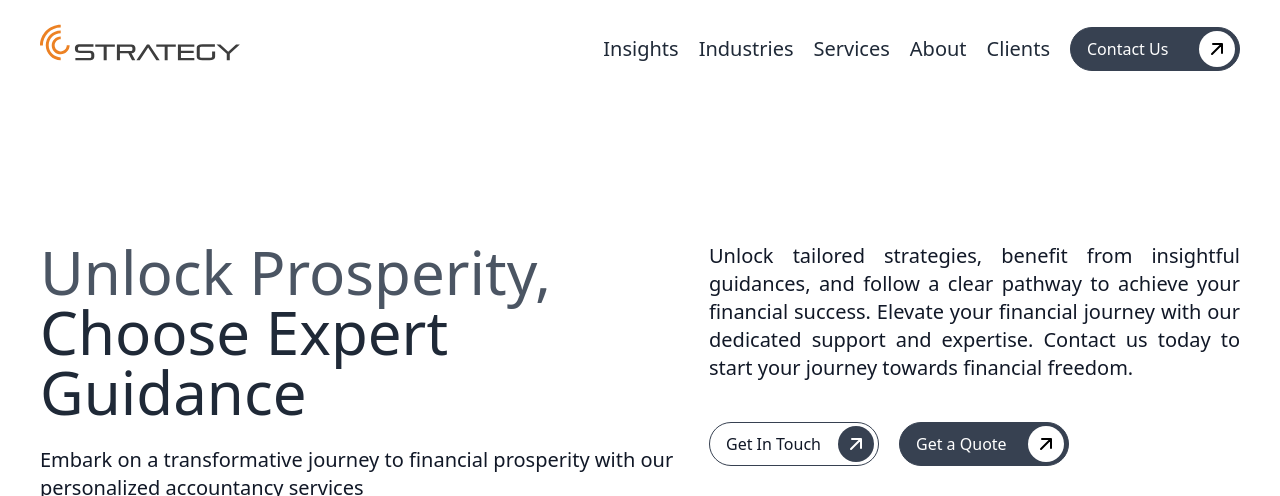
Repository: vespersolutionspk18/integrast-website
Page: /
The author's editor kept a copy of each file at every save. The page is drawn from the files as they stood at one save, then again after the next save.
The browser window is 1280 px wide. The pictures show the part of the page from y = 0 to 496 px (the page is 4818 px tall).
Pictures or frames that could not be fetched are drawn as grey boxes. The project was rebuilt for these pictures with package versions that can differ from the ones it lists, and the page was loaded fresh each time. The framework's server and built-in components were replaced by stand-ins that run in the browser. Also part of the build but not shown: next.config.ts.

Above is the page before, as saved 2024-12-12 15:49:00.

### app/layout.tsx
import type { Metadata } from "next";
import localFont from "next/font/local";
import "./globals.css";

const geistSans = localFont({
  src: "./fonts/GeistVF.woff",
  variable: "--font-geist-sans",
  weight: "100 900",
});
const geistMono = localFont({
  src: "./fonts/GeistMonoVF.woff",
  variable: "--font-geist-mono",
  weight: "100 900",
});

export const metadata: Metadata = {
  title: "Integra Strategy",
  description: "-",
};

export default function RootLayout({
  children,
}: Readonly<{
  children: React.ReactNode;
}>) {
  return (
    <html lang="en">
      <body
        className={`${geistSans.variable} ${geistMono.variable} antialiased`}
      >
        {children}
      </body>
    </html>
  );
}

### app/page.tsx
import Image from "next/image";
import Header from "./Header";
import Hero from "./Hero";
import Services from "./Services";
import Postsart from "./Postsart";
import Faqsection from "./Faqsection";
import GetinTouchSection from "./GetinTouchSection";
import Footer from "./Footer";

export default function Home() {
  return (
    <div>
      <Header />
      <Hero />
      <Services />
      <Postsart />
      <Faqsection />
      <GetinTouchSection />
      <Footer />
    </div>
  );
}

### app/Header.tsx
import React from 'react'
import IntegraLogo from "@/public/assets/integra-logo.svg";
import ButtonArrow from "@/public/assets/buttonarrow.svg";

const Header = () => {
  return (
    <div className="pl-10 pr-10 pt-1 pb-3 flex flex-row justify-between font-sans font-light text-gray-800">
      <IntegraLogo className="h-[90px] w-[200px]" />
      <div className="text-xl flex flex-row gap-5 items-center">
        <div className="hover:text-black hover:font-normal hover:cursor-pointer">Insights</div>
        <div className="hover:text-black hover:font-normal hover:cursor-pointer">Industries</div>
        <div className="hover:text-black hover:font-normal hover:cursor-pointer">Services</div>
        <div className="hover:text-black hover:font-normal hover:cursor-pointer">About</div>
        <div className="hover:text-black hover:font-normal hover:cursor-pointer">Clients</div>
        <div id="button"
  className="group  bg-gray-700 h-[44px] flex-row border-[1px] border-gray-700 text-white text-[16px] py-1 px-1 font-light rounded-full hidden md:flex items-center justify-between w-[170px] transition-width duration-500 ease-in-out  hover:w-[195px] hover:bg-white hover:border-gray-700 hover:text-gray-700 hover:cursor-pointer "

>
  <div className="mx-3 font-sans font-regular">Contact Us</div>
  <div className="bg-white rounded-full h-[36px] w-[36px] flex items-center justify-center transition-transform duration-500 ease-in-out group-hover:rotate-45 group-hover:border-[1px] group-hover:border-gray-700">
    <ButtonArrow className="h-[24px] w-[24px]" />
  </div>
            </div>
      </div>
    </div>

  )
}

export default Header

### app/Hero.tsx
import React from 'react'
import ButtonArrowwhite from "@/public/assets/buttonarrowwhite.svg";
import ButtonArrow from "@/public/assets/buttonarrow.svg";
const Hero = () => {
  return (
    <div className="flex flex-col p-10 ">
        <div className="flex flex-row mt-24 h-[190px] gap-5 ">
            <div className="w-[55%] flex flex-col">
                <h1 className="font-light font-sans text-6xl text-gray-600">Unlock Prosperity, <span className="text-gray-800">Choose Expert Guidance</span></h1>
                <h4 className="text-xl font-sans font-light text-gray-900 mt-6">Embark on a transformative journey to financial prosperity with our personalized accountancy services</h4>
            </div>
            <div className="w-[45%] flex flex-col justify-between ">
                <h4 className="text-xl text-justify font-light font-sans text-gray-900">Unlock tailored strategies, benefit from insightful guidances, and follow a clear pathway to achieve your financial success. Elevate your financial journey with our dedicated support and expertise. Contact us today to start your journey towards financial freedom.</h4>
                <div className="flex flex-row gap-5 pt-10">
                <div>
                <div id="button"
  className="group  bg-white h-[44px] flex-row border-[1px] border-gray-700 text-gray-900 text-[16px] py-1 px-1 font-light rounded-full hidden md:flex items-center justify-between w-[170px] transition-width duration-500 ease-in-out  hover:w-[195px] hover:bg-gray-700 hover:border-gray-700 hover:text-white hover:cursor-pointer "

>
  <div className="mx-3 font-sans font-regular">Get In Touch</div>
  <div className="bg-gray-700 rounded-full h-[36px] w-[36px] flex items-center justify-center transition-transform duration-500 ease-in-out group-hover:rotate-45">
    <ButtonArrowwhite className="h-[24px] w-[24px]" />
  </div>
            </div>
                </div>
                <div>
                <div id="button"
  className="group  bg-gray-700 h-[44px] flex-row border-[1px] border-gray-700 text-white text-[16px] py-1 px-1 font-light rounded-full hidden md:flex items-center justify-between w-[170px] transition-width duration-500 ease-in-out  hover:w-[195px] hover:bg-white hover:border-gray-700 hover:text-gray-700 hover:cursor-pointer "

>
  <div className="mx-3 font-sans font-regular">Get a Quote</div>
  <div className="bg-white rounded-full h-[36px] w-[36px] flex items-center justify-center transition-transform duration-500 ease-in-out group-hover:rotate-45 group-hover:border-[1px] group-hover:border-gray-700">
    <ButtonArrow className="h-[24px] w-[24px]" />
  </div>
            </div>
                </div>

                </div>
            </div>
        </div>


        <div className="flex flex-row h-[380px] gap-4 mt-16">
            <div className="w-[70%] transition-all duration-500 ease-in-out hover:w-[90%] rounded-2xl bg-cover bg-center" style={{backgroundImage: `url('/assets/heroimage3.jpg')`}}></div>
            <div className="w-[30%] transition-all duration-500 ease-in-out hover:w-[40%] flex flex-col justify-between ">
                <div className="w-full h-full rounded-2xl bg-cover bg-center" style={{backgroundImage: `url('/assets/heroimage4.jpg')`}}></div>
                <h5 className="font-sans text-gray-900 text-justify text-xl mt-3  font-light">Tailored solutions, expert guidance, and strategic planning to secure your wealth and achieve your financial goals seamlessly</h5>
            </div>
        </div>
    </div>
  )
}

export default Hero

### app/Services.tsx
import React from 'react'
import ButtonArrowwhite from "@/public/assets/buttonarrowwhite.svg";
import ButtonArrow from "@/public/assets/buttonarrow.svg";
const Services = () => {
  return (
    <div className="flex flex-col p-10 mt-16 items-center ">
        <div className="flex flex-row items-start justify-start ">
            <div className="w-1/2 font-sans font-light text-5xl text-gray-700">We collaborate across diverse industry landscapes</div>
            <div className="w-1/2 font-sans text-gray-900 text-justify text-xl  font-light">Our commitment to fostering dynamic collaboration allows to navigate the unique challenges and intricacies of various sectors. Our versatile approach ensures tailored solutions that resonate with the distinct needs of each industry.</div>
        </div>
        <div className="flex flex-row gap-5 mt-16">
            <div className="rounded-2xl w-1/3 h-[540px] bg-cover bg-center flex items-end  " style={{backgroundImage: `url('/assets/audit.jpg')`}}>
            <div className="group">
  <div className="bg-white m-4  rounded-[12px] flex flex-col relative transition-all duration-500 ease-in-out hover:pb-[120px] min-h-[180px]">
    <h5 className="ml-5 mt-5 mr-5 mb-5 font-sans text-3xl text-gray-700 font-light">
      Accounting & Finance
    </h5>
    <p className="ml-5 mr-5 mb-5 text-justify font-sans font-light text-xl text-gray-600">
      We are committed to serving the public interest by providing objective assurance over data on which investors rely.
    </p>
    {/* Hidden div */}
    <div className="absolute bottom-5 left-5 text-xl font-sans font-light  text-gray-600 px-4 py-2 rounded-md opacity-0 invisible transition-all duration-500 group-hover:opacity-100 group-hover:visible hover:text-black hover:cursor-pointer  hover:underline">
      Learn More
    </div>
  </div>
</div>

</div>
            <div className="rounded-2xl w-1/3 h-[540px] bg-cover bg-center flex items-end" style={{backgroundImage: `url('/assets/tax.jpg')`}}>
            <div className="group">
  <div className="bg-white m-4  rounded-[12px] flex flex-col relative transition-all duration-500 ease-in-out hover:pb-[120px] min-h-[180px]">
    <h5 className="ml-5 mt-5 mr-5 mb-5 font-sans text-3xl text-gray-700 font-light">
      Tax & Legal
    </h5>
    <p className="ml-5 mr-5 mb-5 text-justify font-sans font-light text-xl text-gray-600">
      We are committed to serving the public interest by providing objective assurance over data on which investors rely.
    </p>
    {/* Hidden div */}
    <div className="absolute bottom-5 left-5 text-xl font-sans font-light  text-gray-600 px-4 py-2 rounded-md opacity-0 invisible transition-all duration-500 group-hover:opacity-100 group-hover:visible hover:text-black hover:cursor-pointer  hover:underline">
      Learn More
    </div>
  </div>
</div>
</div>
            <div className="rounded-2xl w-1/3 h-[540px] bg-cover bg-center flex items-end" style={{backgroundImage: `url('/assets/tech.jpg')`}}>
            <div className="group">
  <div className="bg-white m-4  rounded-[12px] flex flex-col relative transition-all duration-500 ease-in-out hover:pb-[120px] min-h-[180px]">
    <h5 className="ml-5 mt-5 mr-5 mb-5 font-sans text-3xl text-gray-700 font-light">
      Technology & IT
    </h5>
    <p className="ml-5 mr-5 mb-5 text-justify font-sans font-light text-xl text-gray-600">
      We are committed to serving the public interest by providing objective assurance over data on which investors rely.
    </p>
    {/* Hidden div */}
    <div className="absolute bottom-5 left-5 text-xl font-sans font-light  text-gray-600 px-4 py-2 rounded-md opacity-0 invisible transition-all duration-500 group-hover:opacity-100 group-hover:visible hover:text-black hover:cursor-pointer  hover:underline">
      Learn More
    </div>
  </div>
</div>
</div>
        </div>
        <div className="mt-8">
                <div id="button"
  className="group  bg-white h-[44px] flex-row border-[1px] border-gray-700 text-gray-900 text-[16px] py-1 px-1 font-light rounded-full hidden md:flex items-center justify-between w-[190px] transition-width duration-500 ease-in-out hover:cursor-pointer  hover:w-[215px] hover:bg-gray-700 hover:border-gray-700 hover:text-white "

>
  <div className="mx-3 font-sans font-regular">View all Services</div>
  <div className="bg-gray-700 rounded-full h-[36px] w-[36px] flex items-center justify-center transition-transform duration-500 ease-in-out group-hover:rotate-45">
    <ButtonArrowwhite className="h-[24px] w-[24px]" />
  </div>
            </div>
                </div>
    </div>
  )
}

export default Services

### app/Postsart.tsx
import React from 'react'

const Postsart = () => {
  return (
    <div className="w-full flex flex-col p-10 items-center mt-20">
        <h2 className="text-5xl font-sans text-gray-700 font-light">Posts & Articles</h2>
        <p className="font-sans text-xl text-gray-800 font-light text-center mt-5">Stay up-to-date and enahnce your financial literacy with our engaging and informative<br></br>content your key to achieving financial success</p>
        <div className="flex flex-row mt-10 gap-5 w-full">
            <div className="hover:border-black hover:cursor-pointer flex flex-col rounded-2xl w-1/2  border-[1px] p-4 border-gray-300">
            <div className="w-full h-[340px] rounded-[8px] bg-cover bg-center" style={{backgroundImage: `url('/assets/post1.jpg')`}}></div>
            <h5 className="font-sans font-light text-3xl mt-5 text-gray-700">Navigating Tax Season: Tips for Individuals</h5>
            <p className="font-sans font-light text-gray-600 text-lg mt-3">Explore essential tax-saving strategies and financial tips to optimize your returns with insights from our expert personal accountants.</p>
            </div>
            <div className="hover:border-black hover:cursor-pointer flex flex-col rounded-2xl w-1/2  border-[1px] p-4 border-gray-300">
            <div className="w-full h-[340px] rounded-[8px] bg-cover bg-center" style={{backgroundImage: `url('/assets/post2.jpg')`}}></div>
            <h5 className="font-sans font-light text-3xl mt-5 text-gray-700">Insights from personal accountants</h5>
            <p className="font-sans font-light text-gray-600 text-lg mt-3">Explore essential tax-saving strategies and financial tips to optimize your returns with insights from our expert personal accountants.</p>
            </div>
        </div>
        <div className=" flex flex-row mt-5 gap-5 w-full">
            <div className="hover:border-black hover:cursor-pointer flex flex-col rounded-2xl w-1/2  border-[1px] p-4 border-gray-300">
            <div className="w-full h-[340px] rounded-[8px] bg-cover bg-center" style={{backgroundImage: `url('/assets/post3.jpg')`}}></div>
            <h5 className="font-sans font-light text-3xl mt-5 text-gray-700">Personal accountant's prescription</h5>
            <p className="font-sans font-light text-gray-600 text-lg mt-3">Explore essential tax-saving strategies and financial tips to optimize your returns with insights from our expert personal accountants.</p>
            </div>
            <div className="hover:border-black hover:cursor-pointer flex flex-col rounded-2xl w-1/2  border-[1px] p-4 border-gray-300">
            <div className="w-full h-[340px] rounded-[8px] bg-cover bg-center" style={{backgroundImage: `url('/assets/post4.jpg')`}}></div>
            <h5 className="font-sans font-light text-3xl mt-5 text-gray-700">Personal finance tips from our Accountants</h5>
            <p className="font-sans font-light text-gray-600 text-lg mt-3">Explore essential tax-saving strategies and financial tips to optimize your returns with insights from our expert personal accountants.</p>
            </div>
        </div>
    </div>
  )
}

export default Postsart

### app/Faqsection.tsx
"use client";
import React, { useState } from "react";
import ButtonRight from "@/public/assets/right.svg";
import ButtonArrowwhite from "@/public/assets/buttonarrowwhite.svg";
import ButtonArrow from "@/public/assets/buttonarrow.svg";

const Faqsection = () => {
  // Array of FAQs
  const faqs = [
    {
      question: "What Services do personal accountants provide?",
      answer:
        "Personal accountants provide a variety of services, including tax preparation, financial planning, and investment advice. They also help manage budgets, track expenses, and ensure compliance with financial regulations.",
    },
    {
      question: "How can accountants help with financial planning?",
      answer:
        "Accountants assist in creating budgets, managing investments, and developing long-term financial strategies tailored to individual needs.",
    },
    {
      question: "What is the importance of tax compliance?",
      answer:
        "Tax compliance ensures that individuals and businesses meet their legal obligations, avoiding penalties and fostering financial stability.",
    },
  ];

  // State to track which FAQ is expanded
  const [expandedIndex, setExpandedIndex] = useState(null);

  // Toggle function
  const toggleSection = (index) => {
    setExpandedIndex((prevIndex) => (prevIndex === index ? null : index));
  };

  return (
    <div className="flex flex-col p-10 items-center mt-20">
      <h2 className="font-sans font-light text-5xl text-gray-700">
        Frequently Asked Questions
      </h2>
      <p className="font-sans mt-5 font-light text-xl text-gray-600 text-center">
        We prioritize your satisfaction, ensuring a secure financial future.
        Choose us for peace of mind
        <br />
        in your financial endeavours.
      </p>
      <div className="w-full flex flex-col gap-5 mt-5">
        {faqs.map((faq, index) => (
          <div
            key={index}
            className={`border-[1px] ${
              expandedIndex === index ? "border-gray-500" : "border-gray-300"
            } rounded-2xl p-5 flex flex-col transition-all duration-500`}
          >
            <div
              onClick={() => toggleSection(index)}
              className="flex flex-row justify-between items-center cursor-pointer"
            >
              <h5 className="font-sans font-light text-2xl text-gray-700">
                {faq.question}
              </h5>
              <div
                className={`bg-white border-[1px] border-gray-300 rounded-full h-[36px] w-[36px] flex items-center justify-center transition-transform duration-500 ease-in-out ${
                  expandedIndex === index ? "rotate-90" : "rotate-0, "
                }`}
              >
                <ButtonRight className="h-[24px] w-[24px]" />
              </div>
            </div>
            {/* Expandable content */}
            <div
              className={`overflow-hidden transition-all duration-500 ease-in-out ${
                expandedIndex === index ? "max-h-[200px] mt-5" : "max-h-0"
              }`}
            >
              <p className="text-gray-600 font-sans font-light text-lg">{faq.answer}</p>
            </div>
          </div>
        ))}
      </div>
    </div>
  );
};

export default Faqsection;

### app/GetinTouchSection.tsx
import React from 'react'
import ButtonArrowwhite from "@/public/assets/buttonarrowwhite.svg";
import ButtonArrow from "@/public/assets/buttonarrow.svg";

const GetinTouchSection = () => {
  return (
    <div className="mt-16">
        <div className="flex flex-row p-10 ">
        <div className="ml-10 w-1/2 font-sans font-light text-gray-700 text-4xl">
        <b>Spread all over the world</b> and get an accountant easily
        </div>
        <div className="mr-10 w-1/2 flex flex-col">
        <p className="font-light text-xl text-gray-700 font-sans text-justify">
            Integra: A global leader in audit, tax, and advisory services, united in expertise, and cultural understanding to deliver exceptional, tailored solutions in audit, accounting, tax, financial advisory, consulting and legal services
        </p>
        <div className="flex flex-row justify-between mt-10">
        <div className="w-1/2 flex flex-col gap-2">
        <h5 className="font-sans font-light text-3xl text-gray-700">100+</h5>
        <p className="font-sans font-light text-xl text-gray-700">Experts in the field</p>

        </div>
        <div className="w-1/2 flex flex-col gap-2">
        <h5 className="font-sans font-light text-3xl text-gray-700">18</h5>
        <p className="font-sans font-light text-xl text-gray-700">Countries we work in </p>
        </div>
        </div>
        <div className="flex flex-row gap-5 pt-10">
                <div>
                <div id="button"
  className="group  bg-white h-[44px] flex-row border-[1px] border-gray-700 text-gray-900 text-[16px] py-1 px-1 font-light rounded-full hidden md:flex items-center justify-between w-[170px] transition-width duration-500 ease-in-out  hover:w-[195px] hover:bg-gray-700 hover:border-gray-700 hover:text-white hover:cursor-pointer "

>
  <div className="mx-3 font-sans font-regular">Get In Touch</div>
  <div className="bg-gray-700 rounded-full h-[36px] w-[36px] flex items-center justify-center transition-transform duration-500 ease-in-out group-hover:rotate-45">
    <ButtonArrowwhite className="h-[24px] w-[24px]" />
  </div>
            </div>
                </div>
                <div>
                <div id="button"
  className="group  bg-gray-700 h-[44px] flex-row border-[1px] border-gray-700 text-white text-[16px] py-1 px-1 font-light rounded-full hidden md:flex items-center justify-between w-[170px] transition-width duration-500 ease-in-out  hover:w-[195px] hover:bg-white hover:border-gray-700 hover:text-gray-700 hover:cursor-pointer "

>
  <div className="mx-3 font-sans font-regular">Get a Quote</div>
  <div className="bg-white rounded-full h-[36px] w-[36px] flex items-center justify-center transition-transform duration-500 ease-in-out group-hover:rotate-45 group-hover:border-[1px] group-hover:border-gray-700">
    <ButtonArrow className="h-[24px] w-[24px]" />
  </div>
            </div>
                </div>

                </div>
        </div>
    </div>
    </div>
  )
}

export default GetinTouchSection

### app/Footer.tsx
import React from 'react'
import IntegraFooterLogo from "@/public/assets/integra-logo-white.svg";
import { Separator } from '@/components/ui/separator';

const Footer = () => {
  return (
    <div className="flex flex-col bg-black text-white mt-16">
        <div className="flex flex-row p-10 justify-between">
        <div className="w-[46%] pr-10 flex flex-col gap-5">
        <IntegraFooterLogo className="h-[90px] w-[220px]" />
        <h3 className="font-sans font-light text-2xl">Your trusted source for expert personal accounting services. Explore what we have to offer.</h3>
        </div>
        <div className="w-[18%] flex flex-col font-sans font-light">
        <p className="text-white text-2xl font-normal">Navigation</p>
        <ul className="text-gray-100 text-xl">
        <li className="mt-5">Services</li>
        <li className="mt-5">About Us</li>
        <li className="mt-5">Contact Us</li>
        </ul>
        </div>
        <div className="w-[18%] flex flex-col font-sans font-light">
        <p className="text-white text-2xl font-normal">Services</p>
        <ul className="text-gray-100 text-xl">
        <li className="mt-5">Accounting & Finance</li>
        <li className="mt-5">Tax & Legal</li>
        <li className="mt-5">Technology & IT</li>
        </ul>
        </div>
        <div className="w-[18%] flex flex-col font-sans font-light">
        <p className="text-white text-2xl font-normal">Company</p>
        <ul className="text-gray-100 text-xl">
        <li className="mt-5">Legal</li>
        <li className="mt-5">Terms of Use</li>
        <li className="mt-5">Privacy Policy</li>
        </ul>
        </div>
        </div>
        <div className="pl-10 pr-10 pb-2 pt-5">
        <Separator className="border-gray-500 border-[0.5px]" />
        </div>
        <div className="pr-10 pl-10 pt-2 pb-5 font-light font-sans text-white text-xl">
        &#169; Integra Strategy (Pvt.) Ltd. All Rights Reserved.
        </div>
    </div>
  )
}

export default Footer

### components/ui/separator.tsx
"use client"

import * as React from "react"
import * as SeparatorPrimitive from "@radix-ui/react-separator"

import { cn } from "@/lib/utils"

const Separator = React.forwardRef<
  React.ElementRef<typeof SeparatorPrimitive.Root>,
  React.ComponentPropsWithoutRef<typeof SeparatorPrimitive.Root>
>(
  (
    { className, orientation = "horizontal", decorative = true, ...props },
    ref
  ) => (
    <SeparatorPrimitive.Root
      ref={ref}
      decorative={decorative}
      orientation={orientation}
      className={cn(
        "shrink-0 bg-border",
        orientation === "horizontal" ? "h-[1px] w-full" : "h-full w-[1px]",
        className
      )}
      {...props}
    />
  )
)
Separator.displayName = SeparatorPrimitive.Root.displayName

export { Separator }

Loaded but not shown: app/globals.css (common file); lib/utils.ts (common file); tailwind.config.ts (common file)

After the next save:
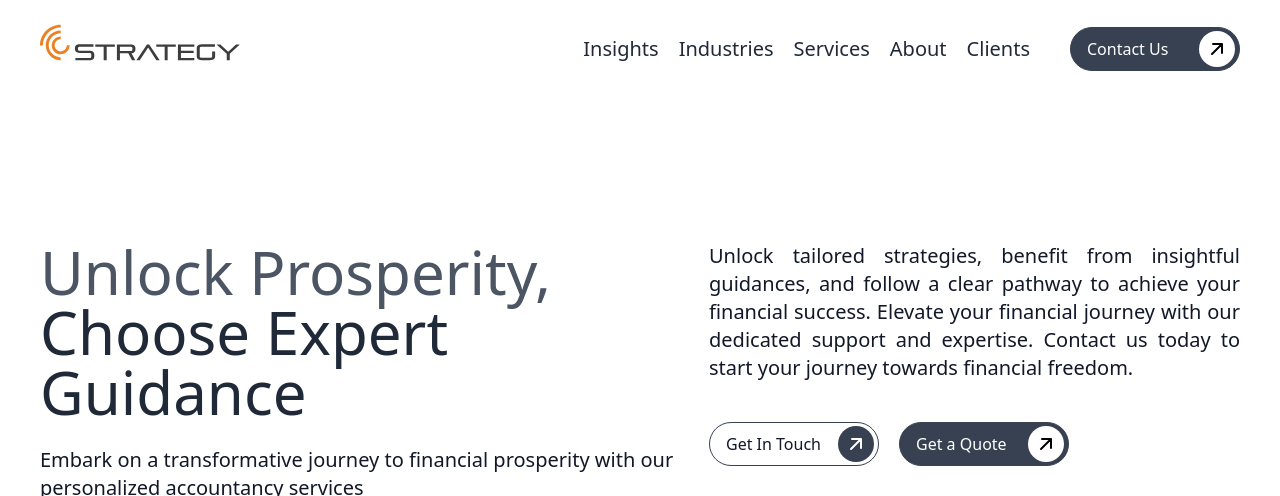
Saved 10 s later.
--- a/app/Header.tsx
+++ b/app/Header.tsx
@@ -11,7 +11,7 @@ const Header = () => {
         <div className="hover:text-black hover:font-normal hover:cursor-pointer">Industries</div>
         <div className="hover:text-black hover:font-normal hover:cursor-pointer">Services</div>
         <div className="hover:text-black hover:font-normal hover:cursor-pointer">About</div>
-        <div className="hover:text-black hover:font-normal hover:cursor-pointer">Clients</div>
+        <div className="hover:text-black hover:font-normal hover:cursor-pointer pr-5">Clients</div>
         <div id="button"
   className="group  bg-gray-700 h-[44px] flex-row border-[1px] border-gray-700 text-white text-[16px] py-1 px-1 font-light rounded-full hidden md:flex items-center justify-between w-[170px] transition-width duration-500 ease-in-out  hover:w-[195px] hover:bg-white hover:border-gray-700 hover:text-gray-700 hover:cursor-pointer "
 
